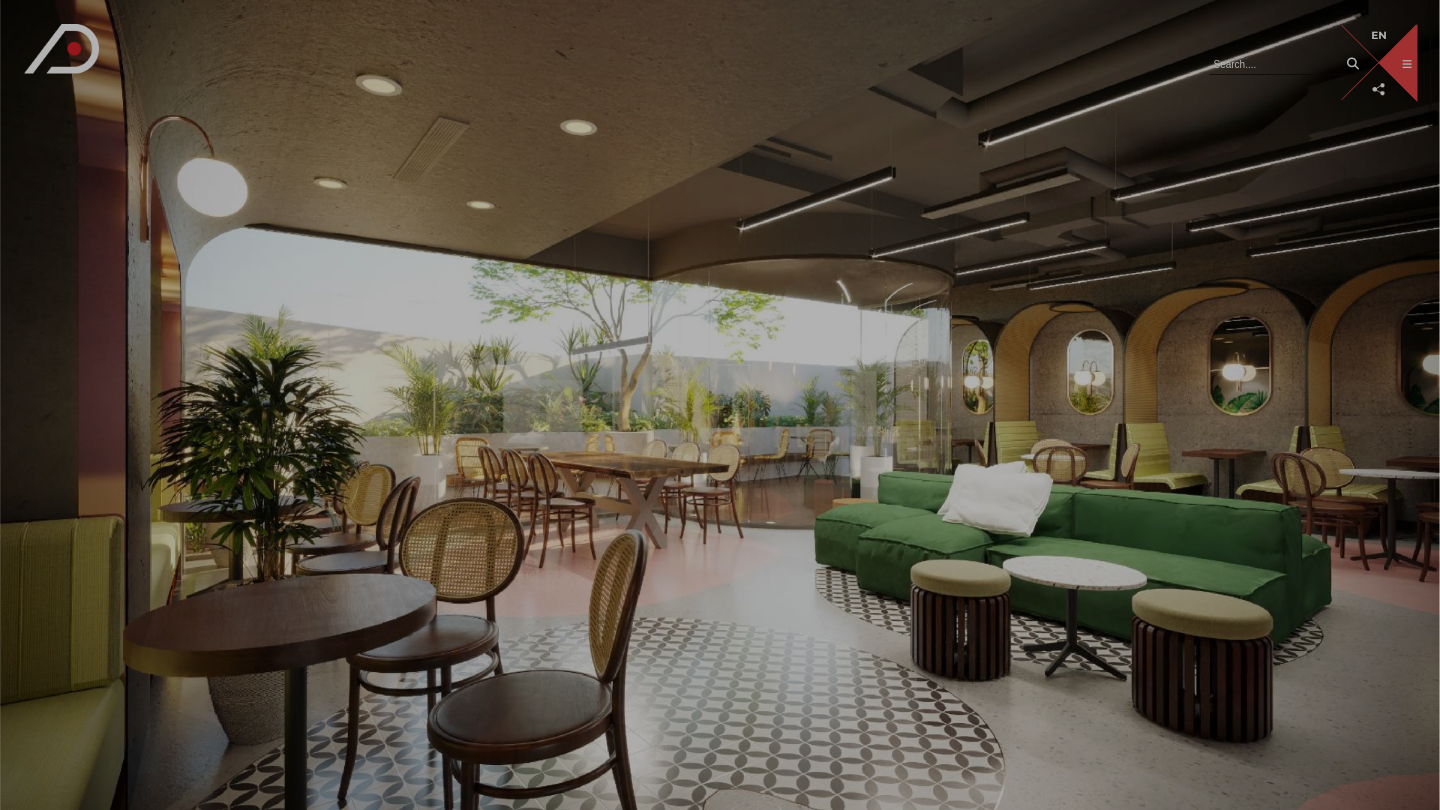
Repository: iphoneboy46/demoMonaFigma
Page: index.html
These files come from the project's save history. The page is drawn as it stood at one moment and after the next save; the edit follows.
The browser window is 1280 px wide. The page is 1920 px wide, so the pictures cover 1920 px, including what lies to the right of the window. The pictures show the whole page, at 75% of full size.
Some web libraries are served in a nearby version.

Above is the page before, as saved 2023-03-20 13:03:43.

### index.html
<!DOCTYPE html>
<html lang="en">
  <head>
    <meta charset="UTF-8" />
    <meta http-equiv="X-UA-Compatible" content="IE=edge" />
    <meta name="viewport" content="width=device-width, initial-scale=1.0" />
    <title>Demo Page</title>
    <link rel="stylesheet" href="style.css" />
    <link rel="preconnect" href="https://fonts.googleapis.com" />
    <link rel="preconnect" href="https://fonts.gstatic.com" crossorigin />
    <link
      href="https://fonts.googleapis.com/css2?family=Montserrat:wght@400;700&display=swap"
      rel="stylesheet"
    />
    <link
      rel="stylesheet"
      href="https://cdnjs.cloudflare.com/ajax/libs/font-awesome/6.3.0/css/all.min.css"
      integrity="sha512-SzlrxWUlpfuzQ+pcUCosxcglQRNAq/DZjVsC0lE40xsADsfeQoEypE+enwcOiGjk/bSuGGKHEyjSoQ1zVisanQ=="
      crossorigin="anonymous"
      referrerpolicy="no-referrer"
    />
  </head>
  <body>
    <header>
      <div class="header_top">
        <div class="header_top-logo">
          <img src="image/Layer 2 1.png" alt="" />
        </div>
        <div class="header_top-menu">
          <ul class="header_top-menu--list">
            <li class="header_top-menu--items">
              <div class="arrow-down">
                <div class="header_menu--item-1">EN</div>
              </div>
            </li>
            <li class="header_top-menu--items">
              <div class="arrow-right">
                <input placeholder="Search...."  type="text">
                <i class="fa-solid fa-magnifying-glass header_menu--item-2"></i>
              </div>
            </li>
            <li class="header_top-menu--items">
              <div class="arrow-left">
                <i class="fa-solid fa-bars header_menu--item-3"></i>
              </div>
            </li>
            <li class="header_top-menu--items">
              <div class="arrow-up">
                <img
                  class="header_menu--item-4"
                  src="image/path2191.png"
                  alt=""
                />
              </div>
            </li>
          </ul>
        </div>
      </div>
    </header>
    <script src="index.js"></script>
  </body>
</html>

### style.css
* {
    padding: 0;
    margin: 0;
    box-sizing: border-box;
}

body {
    width: 1920px;
    margin: 0 auto;
}

:root {
    --color-main: #e84545;
}

header {
    width: 1920px;
    height: 1080px;
    background: url(./image/img-pip@2x\ 1.png);
    background-size: 100%;
    background-repeat: no-repeat;
    filter: brightness(70%);
    z-index: 1;
    font-family: "Montserrat", sans-serif;
}



.header_top {
    display: flex;
    justify-content: space-between;
    padding: 32px;
    filter: brightness(100%);
}

.header_top-logo {}

.header_top-menu--list {
    color: white;
    list-style: none;
    position: relative;
    padding-right: 50px;
}

.header_top-menu--list::before {
    content: "";
    display: block;
    position: absolute;
    width: 141px;
    height: 1px;
    top: 0px;
    left: -120px;
    transform: rotate(45deg) translate(50%, 50%);
    background-color: var(--color-main);
}

.header_top-menu--list::after {
    content: "";
    display: block;
    position: absolute;
    width: 141px;
    height: 1px;
    top: 100px;
    left: -120px;
    transform: rotate(-45deg) translate(50%, 50%);
    background-color: var(--color-main);
}

.header_top-menu--items {
    position: relative;
    cursor: pointer;
}



.arrow-down {
    width: 0;
    height: 0;
    z-index: 1;
    border-top: 52px solid transparent;
    border-right: 52px solid transparent;
    border-left: 52px solid transparent;
    position: absolute;
    left: -104px;
    top: -26px;
    transform: translate(50%, 50%);
    transition: all linear 0.5s;

}



.arrow-up {
    width: 0;
    height: 0;
    border-bottom: 52px solid transparent;
    border-right: 52px solid transparent;
    border-left: 52px solid transparent;
    position: absolute;
    transform: translate(50%, 50%);
    left: -103px;
    top: 25px;

    transition: all linear 0.5s;
}



.arrow-left {
    width: 0;
    height: 0;
    border-top: 52px solid transparent;
    border-bottom: 52px solid transparent;
    border-left: 52px solid transparent;
    position: absolute;
    transform: translate(50%, 50%);
    top: -50px;
    left: -75px;
    transition: all linear 0.5s;

}


.arrow-right {
    width: 0;
    height: 0;
    border-top: 52px solid transparent;
    border-bottom: 52px solid transparent;
    border-right: 52px solid #E84545;
    position: absolute;
    right: -52px;

    transition: all linear 0.5s;

}

.arrow-right>input {
    position: absolute;
    top: -10px;
    right: 25px;
    width: 200px;
    background-color: transparent;
    padding: 5px;
    color: white;
    outline: none;
    border: none;
    border-bottom: 1px solid #0C0B09;
    z-index: 5;
}

.arrow-right>input::placeholder{
    color:white;
}

.arrow-right>input:focus{
    border-bottom: 1px solid #ffffff;
}



.header_menu--item-1 {


    position: absolute;
    top: -85px;
    left: -50px;
    transform: translate(50%, 50%);
    color: white;
    font-size: 14px;
    font-weight: 700;
    padding: 15px;
    z-index: 10;
}

.header_menu--item-2 {
    position: absolute;
    top: -45px;
    left: -80px;
    transform: translate(50%, 50%);
    color: white;

    font-size: 16px;
    font-weight: 700;
    padding: 15px;
    z-index: 10;
}

.header_menu--item-3 {
    position: absolute;
    top: -45px;
    right: -35px;
    transform: translate(50%, 50%);
    color: white;
    font-size: 14px;
    font-weight: 700;
    padding: 15px;
    z-index: 10;
}

.header_menu--item-4 {
    position: absolute;


    top: -10px;
    left: -47px;
    transform: translate(50%, 50%);
    color: white;
    font-size: 14px;
    font-weight: 700;
    padding: 15px;
    z-index: 10;
}

Loaded but not shown: index.js (no stored copy; drawn as an empty file)

After the next save:
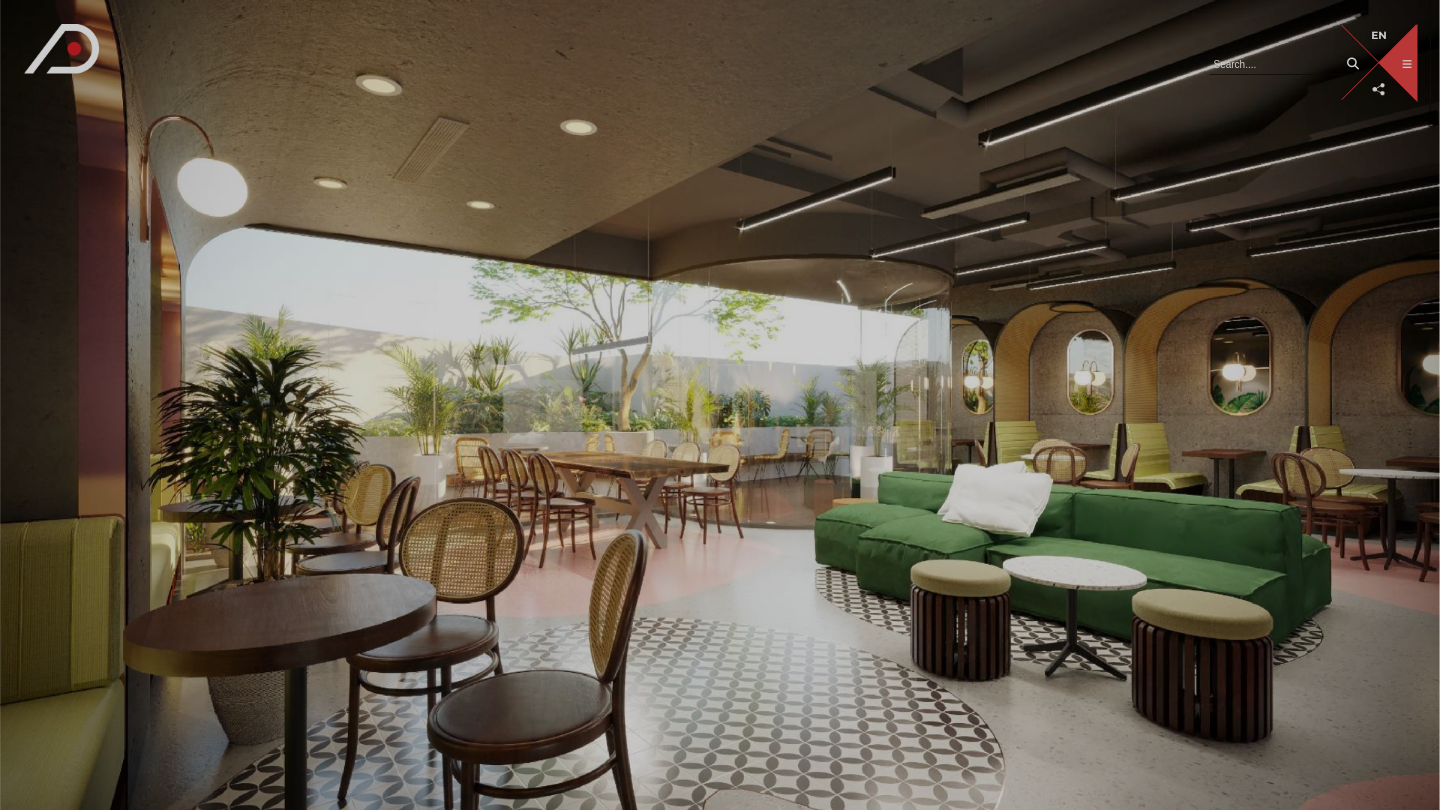
Saved 9 s later.
--- a/style.css
+++ b/style.css
@@ -19,7 +19,7 @@ header {
     background: url(./image/img-pip@2x\ 1.png);
     background-size: 100%;
     background-repeat: no-repeat;
-    filter: brightness(70%);
+    filter: brightness(80%);
     z-index: 1;
     font-family: "Montserrat", sans-serif;
 }
